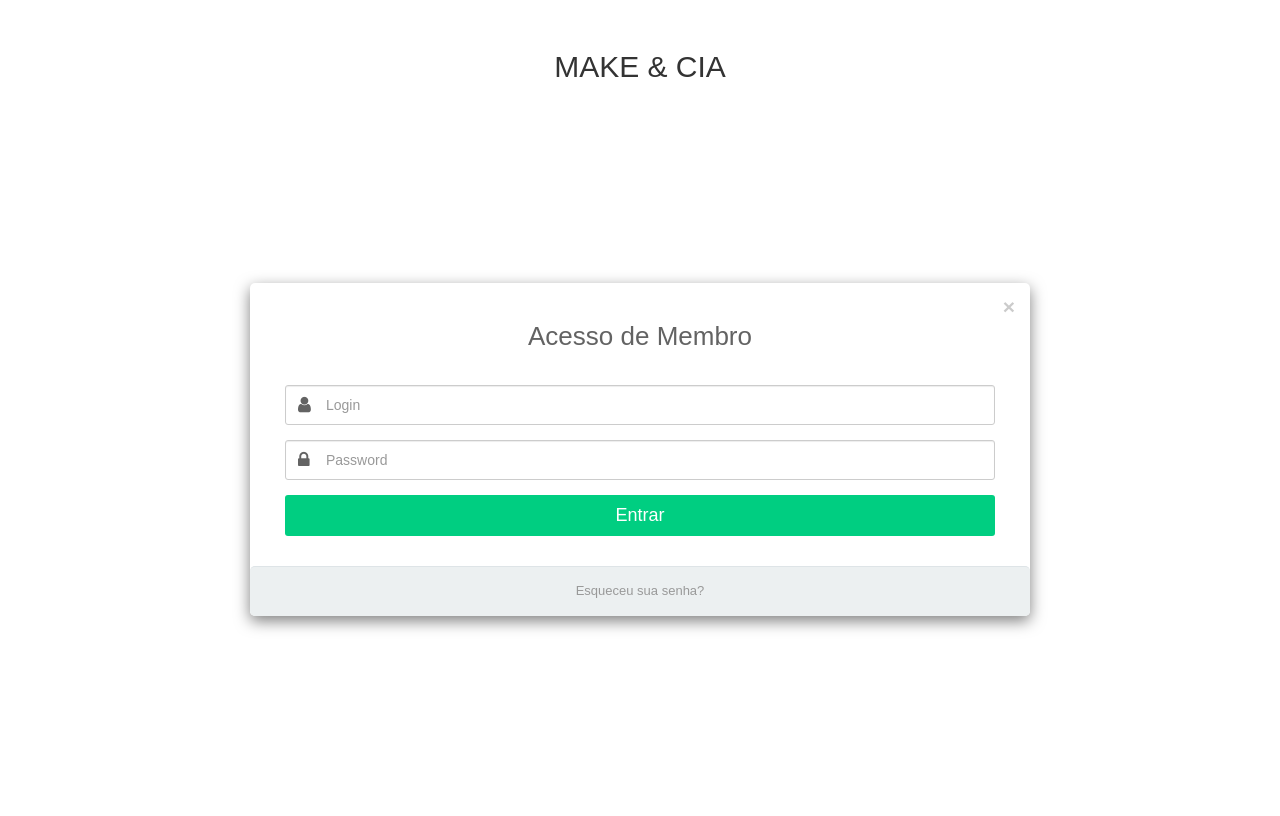
Repository: thuliobarbosa/Make_and_Cia
Page: Projeto_Make&Cia/MakeAndCia/WebContent/www/login.html
The author's editor kept a copy of each file at every save. The page is drawn from the files as they stood at one save, then again after the next save.
The browser window is 1280 px wide. The pictures show the whole page.
Some web fonts or font styles are not loaded; a fallback is used.

Above is the page before, as saved 2020-11-10 20:10:54.

After the next save:
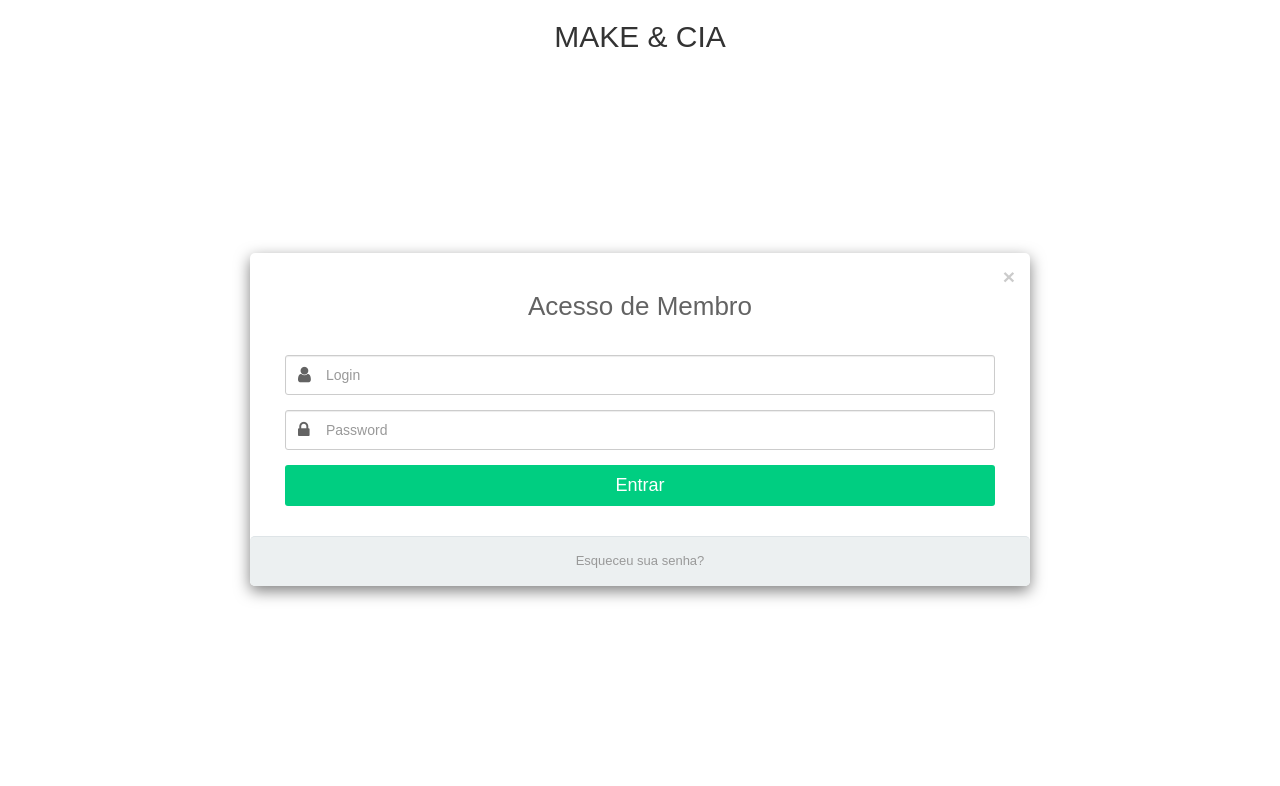
Saved 11 s later.
--- a/Projeto_Make&Cia/MakeAndCia/WebContent/www/login.html
+++ b/Projeto_Make&Cia/MakeAndCia/WebContent/www/login.html
@@ -12,12 +12,12 @@
 <script src="https://maxcdn.bootstrapcdn.com/bootstrap/3.3.7/js/bootstrap.min.js"></script>
 <style>
     body {
-		font-family: 'Varela Round', sans-serif;
+		font-family: 'Varela Round', sans-serif
 		/*background-image: url("dist/img/make2.jpg")*/
 	}
 	.title {
 		font-family: 'Varela Round', sans-serif;
-		margin: 50px auto;
+		margin: px auto;
 		text-align: center;
 	}
 	.modal-login {

After the save that followed:
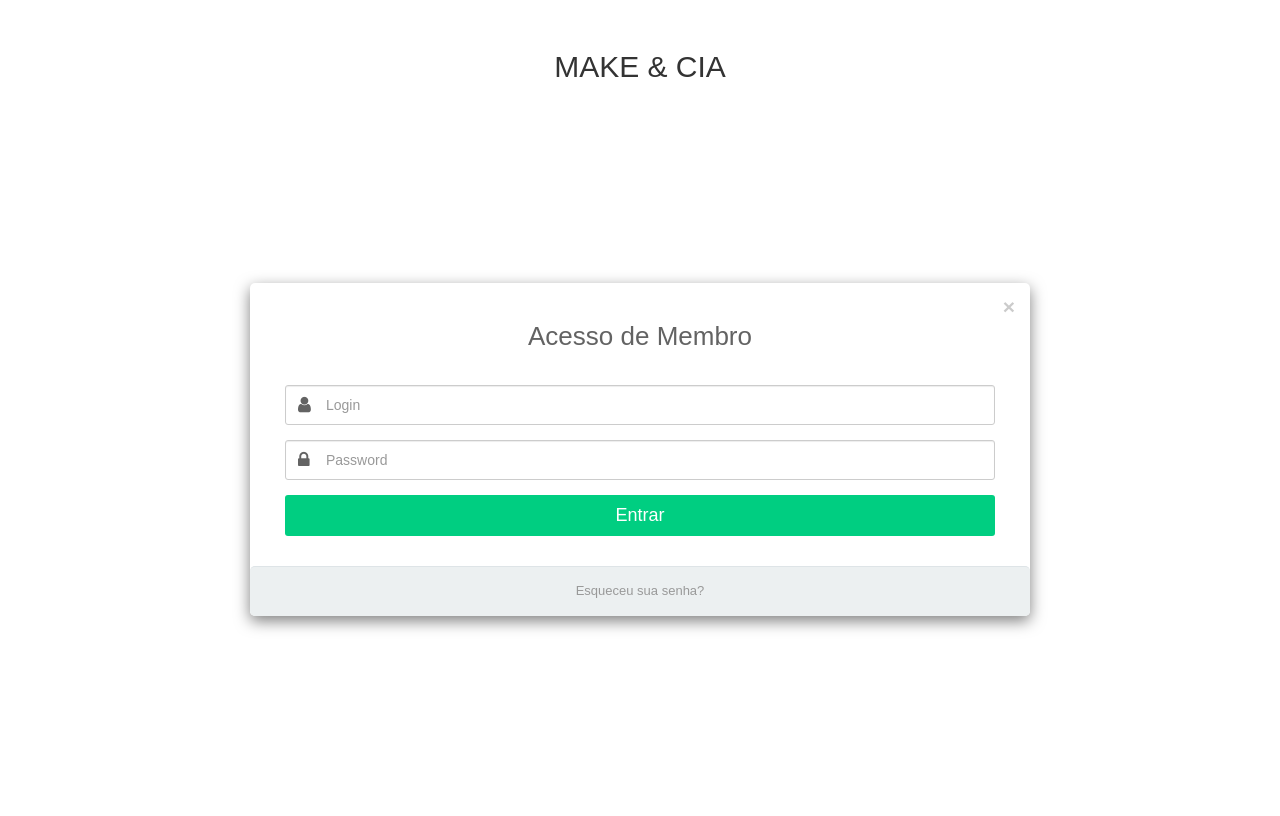
Saved 5 s later.
--- a/Projeto_Make&Cia/MakeAndCia/WebContent/www/login.html
+++ b/Projeto_Make&Cia/MakeAndCia/WebContent/www/login.html
@@ -17,7 +17,7 @@
 	}
 	.title {
 		font-family: 'Varela Round', sans-serif;
-		margin: px auto;
+		margin: 50px auto;
 		text-align: center;
 	}
 	.modal-login {
